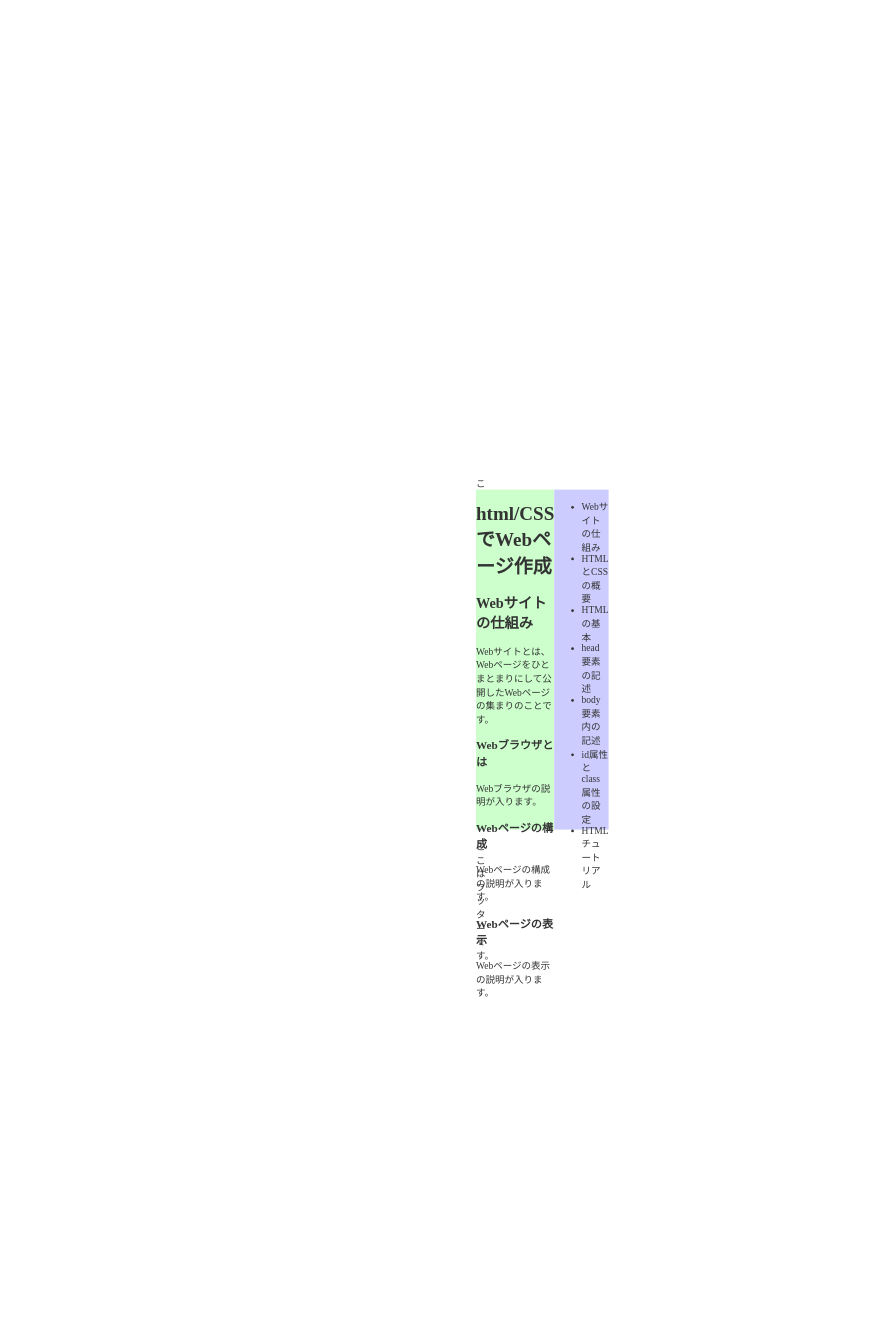
Repository: ichiro-fujii/kadai-commit
Page: lesson-htmlcss/kadai-html.html
The author's editor kept a record of every edit. The page is drawn from the files as they stood at one moment, then again after the next edit.
The browser window is 1280 px wide. The pictures show the whole page, at 68% of full size.

Above is the page before.

After the next edit:
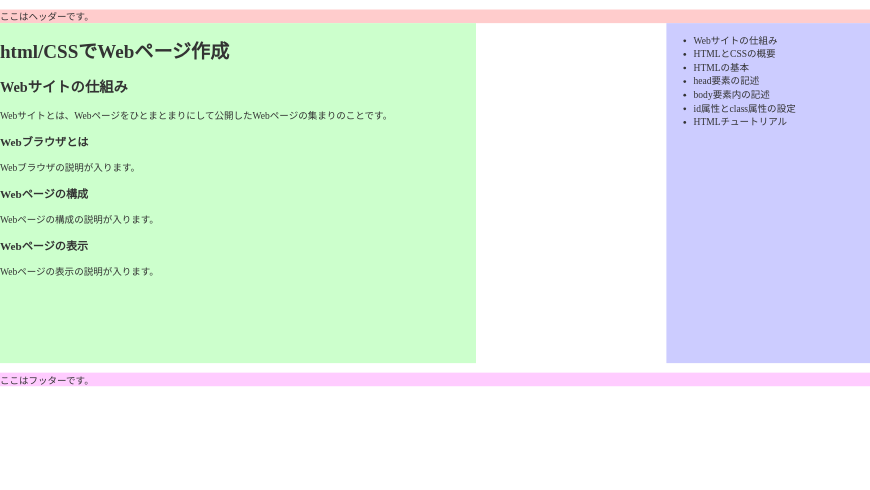
The edit:
--- a/lesson-htmlcss/kadai-css.css
+++ b/lesson-htmlcss/kadai-css.css
@@ -2,7 +2,7 @@
 /*チャプター：全体の設定*/
 body {
 
-    margin: 700px;
+    margin: 0;
     padding: 0;
     color: #333;
     font-size: 14px;
